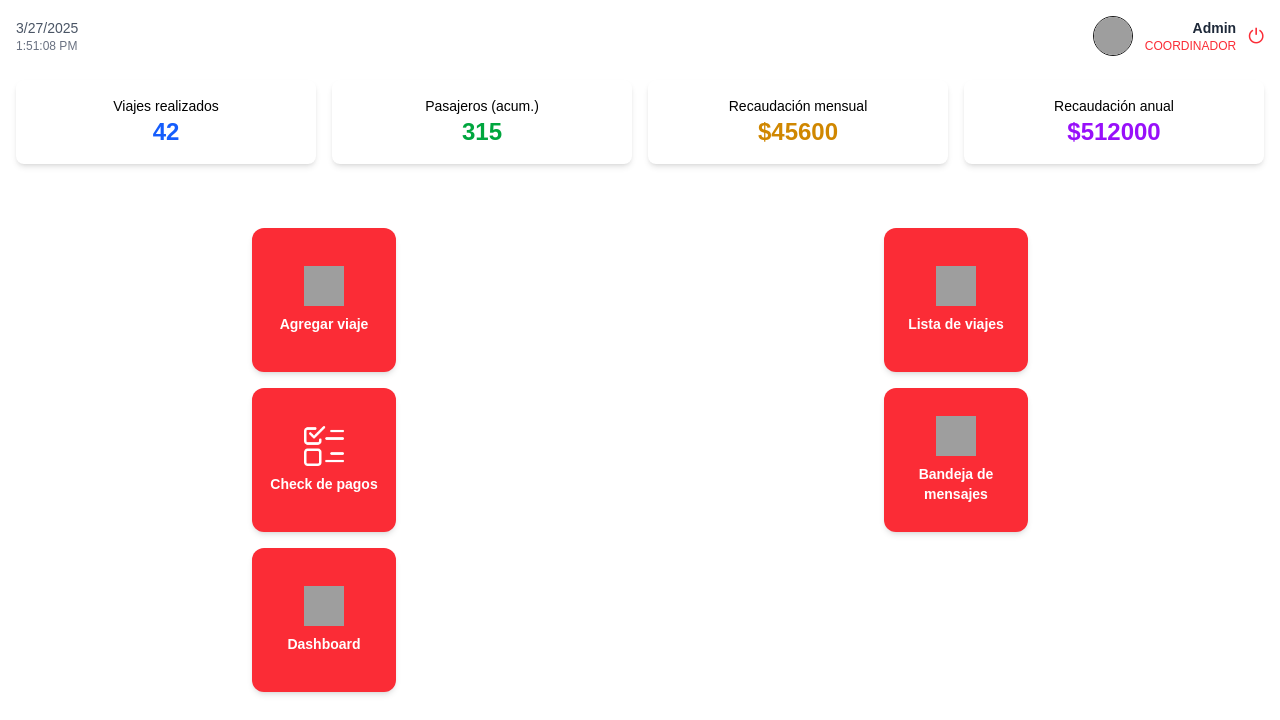
Repository: francoluca35/appcolectivos
Page: /homeadmin
The author's editor kept a copy of each file at every save. The page is drawn from the files as they stood at one save, then again after the next save.
The browser window is 1280 px wide. The pictures show the whole page.
Pictures or frames that could not be fetched are drawn as grey boxes. The project was rebuilt for these pictures with package versions that can differ from the ones it lists, and the page was loaded fresh each time. The framework's server and built-in components were replaced by stand-ins that run in the browser. Also part of the build but not shown: next.config.mjs.

Above is the page before, as saved 2025-03-27 23:20:49.

### src/app/homeadmin/page.js
"use client";

import React, { useEffect, useState } from "react";
import { useRouter } from "next/navigation";
import EstadisticasPanel from "../components/EstadisticasPanel";

export default function HomeAdmin() {
  const [fechaHora, setFechaHora] = useState(new Date());
  const router = useRouter();

  const usuario = JSON.parse(localStorage.getItem("adminUser")) || {
    username: "Admin",
    role: "COORDINADOR",
  };

  const stats = {
    cantidadViajes: 42,
    cantidadPasajeros: 315,
    recaudacionMensual: 45600,
    recaudacionAnual: 512000,
  };

  useEffect(() => {
    const interval = setInterval(() => setFechaHora(new Date()), 1000);
    return () => clearInterval(interval);
  }, []);

  const botones = [
    { texto: "Agregar viaje", ruta: "/agregarviaje", icono: "/iconos/agregar.png" },
    { texto: "Lista de viajes", ruta: "/listaviajes", icono: "/iconos/lista.png" },
    { texto: "Check de pagos", ruta: "/checkpagos", icono: "/iconos/check.png" },
    { texto: "Bandeja de mensajes", ruta: "/mensajes", icono: "/iconos/mensajes.png" },
    { texto: "Dashboard", ruta: "/dashboard", icono: "/iconos/dashboard.png" },
  ];

  return (
    <div className="min-h-screen bg-white p-4 flex flex-col items-center gap-6">
      {/* Header */}
      <div className="w-full flex justify-between items-center">
        <div>
          <p className="text-sm text-gray-600">{fechaHora.toLocaleDateString()}</p>
          <p className="text-xs text-gray-500">{fechaHora.toLocaleTimeString()}</p>
        </div>

        <div className="flex items-center gap-3">
          <img src="/avatar.png" alt="Avatar" className="w-10 h-10 rounded-full border" />
          <div className="text-right">
            <p className="text-sm font-bold text-gray-800">{usuario.username}</p>
            <p className="text-xs text-red-500 uppercase">{usuario.role}</p>
          </div>
          <button
            onClick={() => {
              localStorage.removeItem("adminUser");
              router.push("/admin");
            }}
            className="text-red-500 text-xl hover:text-red-700 transition"
            title="Cerrar sesión"
          >
            ⏻
          </button>
        </div>
      </div>

      {/* Estadísticas */}
      <div className="w-full">
        <EstadisticasPanel stats={stats} />
      </div>

      {/* Botones */}
      <div className="grid grid-cols-2 gap-4 w-full justify-items-center">
        {botones.map((btn, i) => (
          <button
            key={i}
            onClick={() => router.push(btn.ruta)}
            className="bg-red-500 rounded-xl w-36 h-36 flex flex-col items-center justify-center shadow-md hover:bg-red-600 transition"
          >
            <img src={btn.icono} alt={btn.texto} className="w-10 h-10 mb-2" />
            <span className="text-white text-sm font-semibold text-center px-1">
              {btn.texto}
            </span>
          </button>
        ))}
      </div>
    </div>
  );
}

### src/app/components/EstadisticasPanel.js
import React from "react";

export default function EstadisticasPanel({ stats }) {
  return (
    <div className="grid grid-cols-2 md:grid-cols-4 gap-4 mb-10">
      <div className="bg-white shadow-md rounded-lg p-4 text-center">
        <p className="text-sm text-black">Viajes realizados</p>
        <p className="text-2xl font-bold text-blue-600">{stats.cantidadViajes}</p>
      </div>
      <div className="bg-white shadow-md rounded-lg p-4 text-center">
        <p className="text-sm text-black">Pasajeros (acum.)</p>
        <p className="text-2xl font-bold text-green-600 ">{stats.cantidadPasajeros}</p>
      </div>
      <div className="bg-white shadow-md rounded-lg p-4 text-center">
        <p className="text-sm text-black">Recaudación mensual</p>
        <p className="text-2xl font-bold text-yellow-600">${stats.recaudacionMensual}</p>
      </div>
      <div className="bg-white shadow-md rounded-lg p-4 text-center">
        <p className="text-sm text-black">Recaudación anual</p>
        <p className="text-2xl font-bold text-purple-600">${stats.recaudacionAnual}</p>
      </div>
    </div>
  );
}

Loaded but not shown: src/app/layout.js (common file); src/app/globals.css (common file)

After the next save:
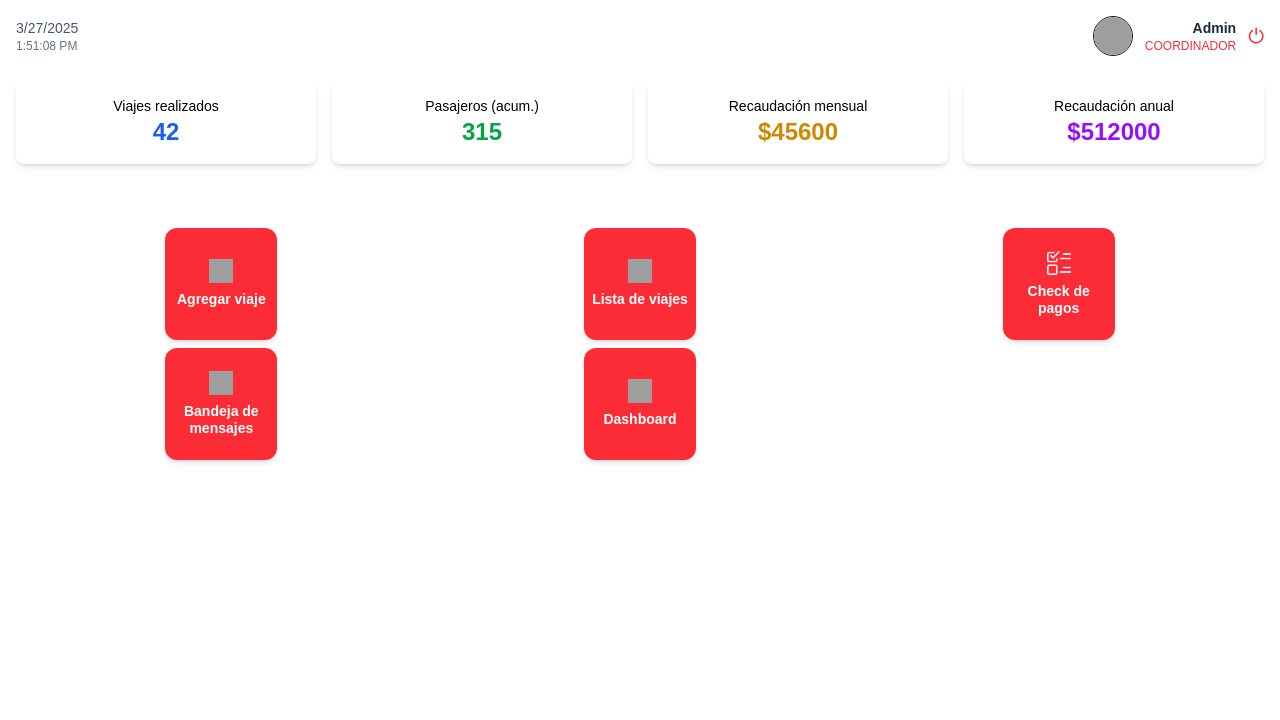
Saved 66 s later.
--- a/src/app/homeadmin/page.js
+++ b/src/app/homeadmin/page.js
@@ -67,20 +67,22 @@ export default function HomeAdmin() {
       </div>
 
       {/* Botones */}
-      <div className="grid grid-cols-2 gap-4 w-full justify-items-center">
-        {botones.map((btn, i) => (
-          <button
-            key={i}
-            onClick={() => router.push(btn.ruta)}
-            className="bg-red-500 rounded-xl w-36 h-36 flex flex-col items-center justify-center shadow-md hover:bg-red-600 transition"
-          >
-            <img src={btn.icono} alt={btn.texto} className="w-10 h-10 mb-2" />
-            <span className="text-white text-sm font-semibold text-center px-1">
-              {btn.texto}
-            </span>
-          </button>
-        ))}
-      </div>
+   {/* Botones */}
+<div className="grid grid-cols-2 md:grid-cols-3 gap-4 md:gap-2 w-full justify-items-center">
+  {botones.map((btn, i) => (
+    <button
+      key={i}
+      onClick={() => router.push(btn.ruta)}
+      className="bg-red-500 rounded-xl w-36 h-36 md:w-28 md:h-28 flex flex-col items-center justify-center shadow-md hover:bg-red-600 transition"
+    >
+      <img src={btn.icono} alt={btn.texto} className="w-8 h-8 md:w-6 md:h-6 mb-2" />
+      <span className="text-white text-sm font-semibold text-center px-1 leading-tight">
+        {btn.texto}
+      </span>
+    </button>
+  ))}
+</div>
+
     </div>
   );
 }
